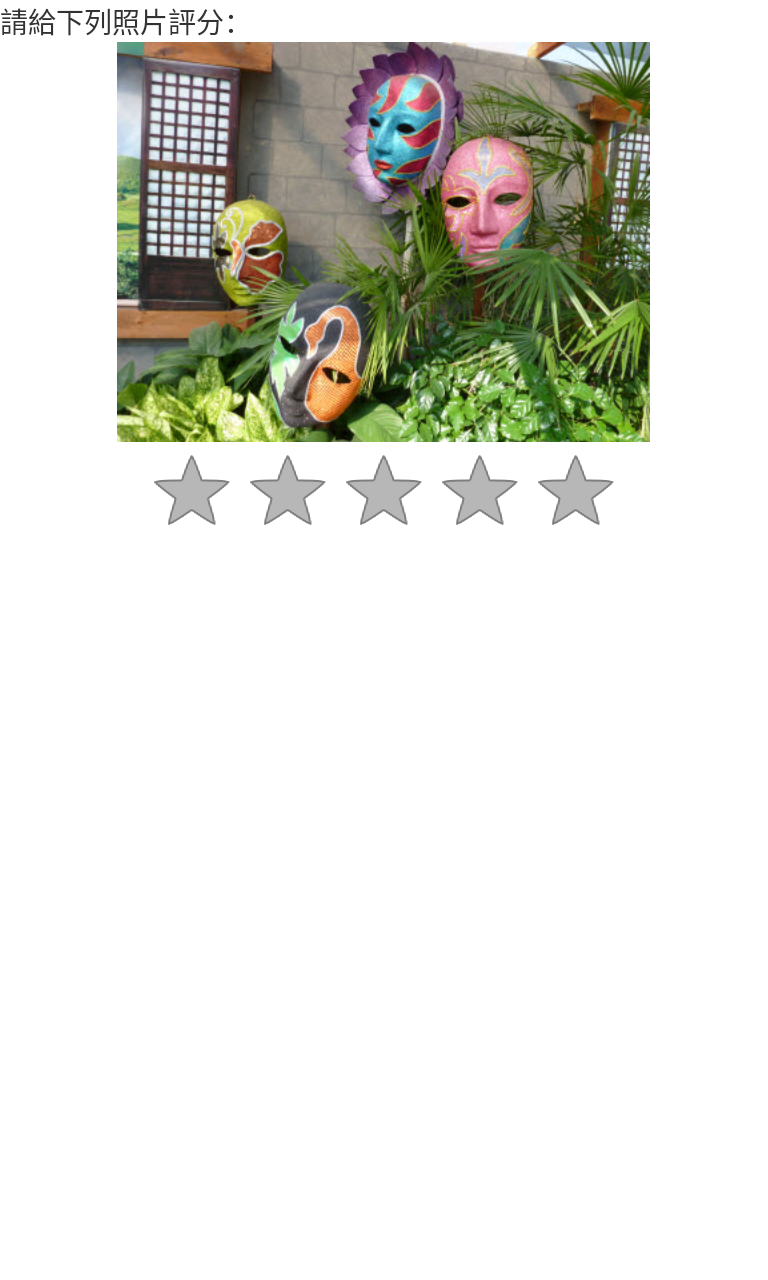
Repository: idarfan/android41
Layout: Ch07RatingBarMe/res/layout/main.xml
The author's editor kept a copy of each file at every save. The layout is drawn from the files as they stood at one save, then again after the next save.
It is drawn on a 768 x 1280 px phone screen (xhdpi) without system bars, with theme AppTheme; the app's code is not run.

Above is the layout before, as saved 2012-07-31 09:33:36.

### Ch07RatingBarMe/res/layout/main.xml
<?xml version="1.0" encoding="utf-8"?>
<LinearLayout xmlns:android=
    "http://schemas.android.com/apk/res/android"
    android:layout_width="fill_parent"
    android:layout_height="fill_parent"
    android:orientation="vertical" >
    <TextView
        android:layout_width="fill_parent"
        android:layout_height="wrap_content"
        android:text="@string/tvPtHead" />
    <ImageView
        android:id="@+id/imageView1"
        android:layout_width="wrap_content"
        android:layout_height="wrap_content"
        android:layout_gravity="center_horizontal"
        android:contentDescription="@string/holyshit"
        android:src="@drawable/photo2" />
    <RatingBar
        android:id="@+id/rbIdPhoto"
        android:layout_width="wrap_content"
        android:layout_height="wrap_content"
        android:layout_gravity="center_horizontal"
        android:numStars="5"
        android:stepSize="1" />
</LinearLayout>

### Ch07RatingBarMe/res/values/strings.xml
<resources>

    <string name="app_name">Ch07RatingBarMe</string>
    <string name="menu_settings">Settings</string>
    <string name="title_activity_ch07_rating_bar_me">Ch07RatingBarMe</string>
    <string name="tvPtHead">請給下列照片評分：</string>
    <string name="holyshit">神聖的大便</string>

</resources>

Loaded but not shown: Ch07RatingBarMe/res/values-v11/styles.xml (common file); Ch07RatingBarMe/res/values-v14/styles.xml (common file); Ch07RatingBarMe/res/values/styles.xml (common file)

After the next save:
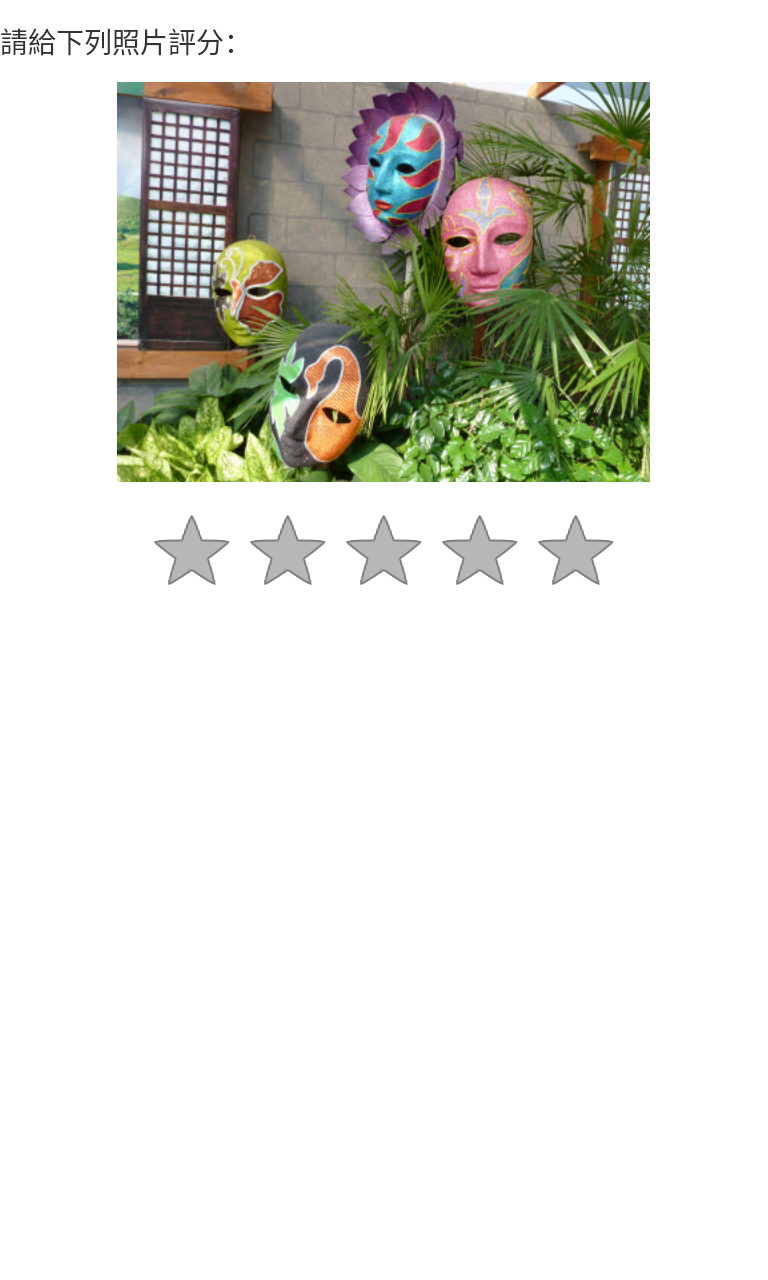
Saved 19 min 43 s later.
--- a/Ch07RatingBarMe/res/layout/main.xml
+++ b/Ch07RatingBarMe/res/layout/main.xml
@@ -1,13 +1,15 @@
 <?xml version="1.0" encoding="utf-8"?>
-<LinearLayout xmlns:android=
-    "http://schemas.android.com/apk/res/android"
-    android:layout_width="fill_parent"
+<LinearLayout android:layout_width="fill_parent"
     android:layout_height="fill_parent"
-    android:orientation="vertical" >
+    android:orientation="vertical" xmlns:android="http://schemas.android.com/apk/res/android">
+
     <TextView
         android:layout_width="fill_parent"
         android:layout_height="wrap_content"
+        android:layout_marginBottom="10dp"
+        android:layout_marginTop="10dp"
         android:text="@string/tvPtHead" />
+
     <ImageView
         android:id="@+id/imageView1"
         android:layout_width="wrap_content"
@@ -15,11 +17,14 @@
         android:layout_gravity="center_horizontal"
         android:contentDescription="@string/holyshit"
         android:src="@drawable/photo2" />
+
     <RatingBar
         android:id="@+id/rbIdPhoto"
         android:layout_width="wrap_content"
         android:layout_height="wrap_content"
         android:layout_gravity="center_horizontal"
+        android:layout_marginTop="10dp"
         android:numStars="5"
         android:stepSize="1" />
+
 </LinearLayout>
